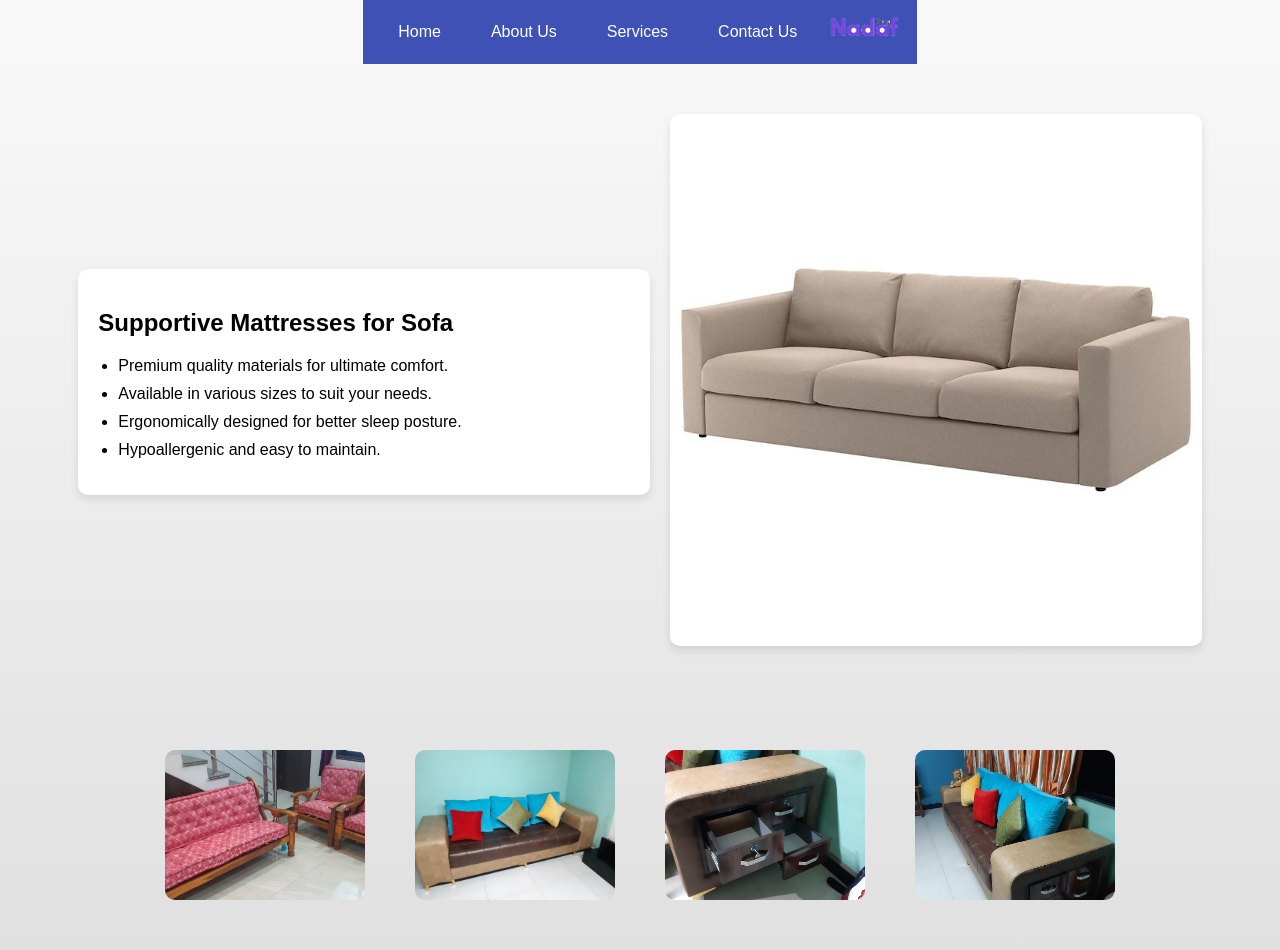
Repository: nadafgroup/rashidgadiUI
Page: src/sofa.html
These files come from the project's save history. The page is drawn as it stood at one moment and after the next save; the edit follows.
The browser window is 1280 px wide. The pictures show the whole page.

Above is the page before, as saved 2025-01-23 16:11:54.

After the next save:
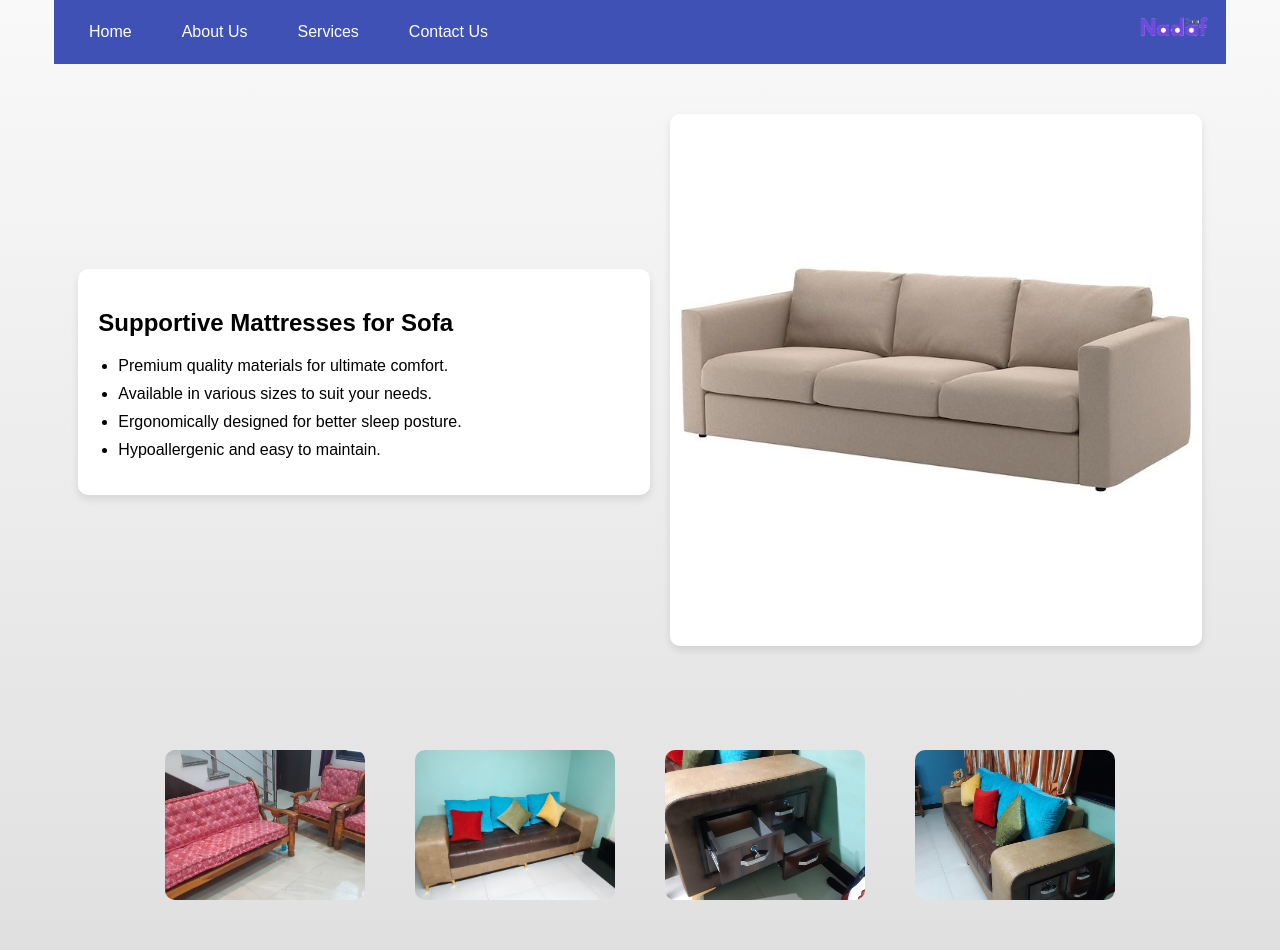
Saved 12 s later.
--- a/src/products.css
+++ b/src/products.css
@@ -8,7 +8,7 @@ body {
 }
 
 header {
-    width: auto;
+    width: 90%;
     padding: 10px;
     display: flex;
     justify-content: space-between;
